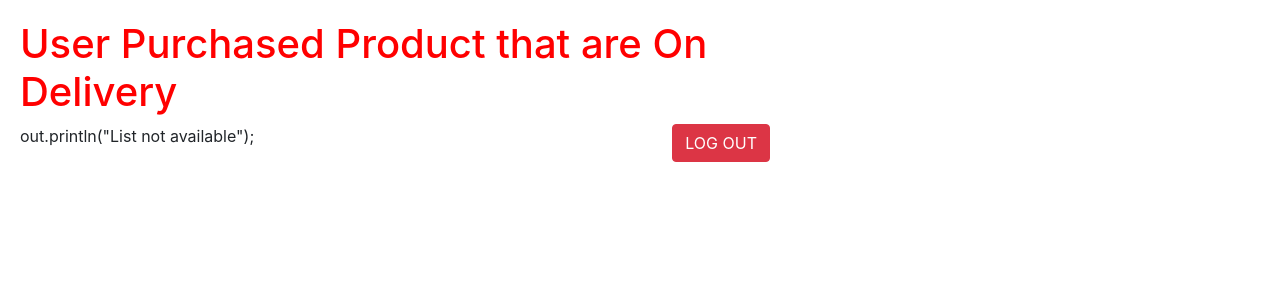
Repository: piyushj81/ComputerShop
Page: http://localhost/computershop/shopproductcontroller
The author's editor kept a copy of each file at every save. The page is drawn from the files as they stood at one save, then again after the next save.
The browser window is 1280 px wide. The pictures show the whole page.
The page is served by Tomcat 9. Queries for data that is not in the repository find no rows.

Above is the page before, as saved 2021-10-15 10:09:43.

After the next save:
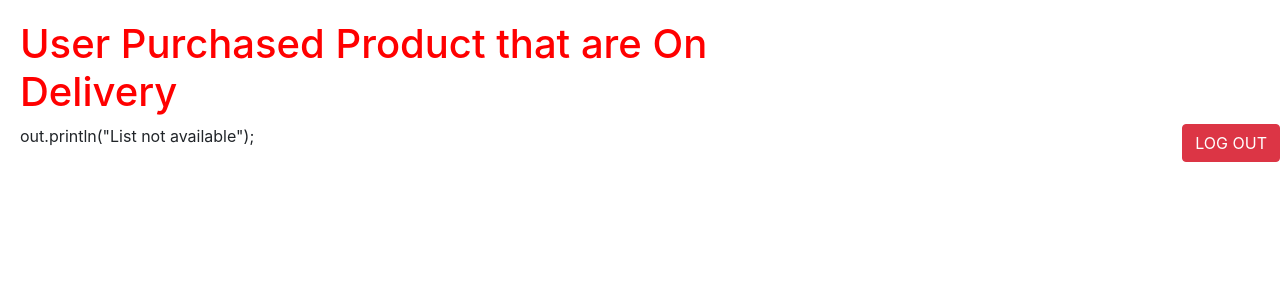
Saved 2 min 27 s later.
--- a/computershop/WebContent/usershoppingdetails.jsp
+++ b/computershop/WebContent/usershoppingdetails.jsp
@@ -32,8 +32,9 @@
 </head>
 <body>
 <h1 style="color:red;" >User Purchased Product that are On Delivery</h1>
-
-<a href="LogoutController" ><button class="btn btn-danger" type="button"  style= "float: right; margin-right:10px;"   > LOG OUT</button></a>
+<div>
+<a href="LogoutController" ><button class="btn btn-danger" type="button"  style= "float: right; margin-right:-500px;"   > LOG OUT</button></a>
+</div>
 
 
 <%
